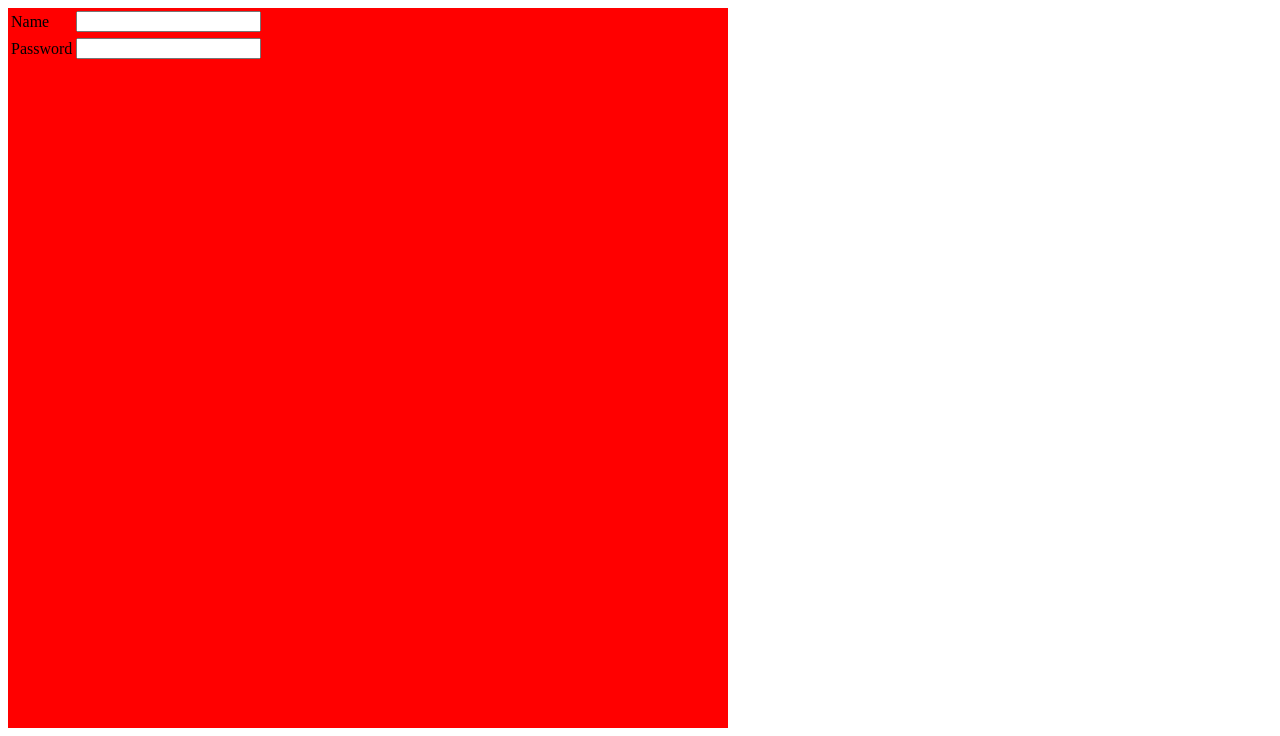
Repository: yash1sh/Java
Page: http://localhost/Servlet_Demo/
An editor plug-in stored every save of this project. The page is shown before and after the next save, followed by the edit.
The browser window is 1280 px wide. The pictures show the whole page.
The page is served by Tomcat 9. Other server files are loaded and not shown.

Above is the page before, as saved 2022-05-14 09:39:09.

### Bootcmp/Servlet_Demo/src/main/webapp/index.html
<!DOCTYPE html>
<html>
<head>
<meta charset="ISO-8859-1">
<title>Insert title here</title>
<link rel="stylesheet" type="text/css" href="./indexcss.css">
</head>
<body>
	<section class="form" >
		<article>
			<form action="">
				<table>
					<tr> <td> <label>Name</label> </td>
						<td><input type="text" id="Name"></td>
					<tr>
					<tr>
						<td><label>Password</label></td>
						<td><input type="password" id="password"></td>
					</tr>
				</table>
			</form>
		</article>
	</section>





</body>
</html>

### Bootcmp/Servlet_Demo/src/main/webapp/indexcss.css

.form{
	background-color: red;
	width:100vh;
	height:100vh;
	color:black;
}

After the next save:
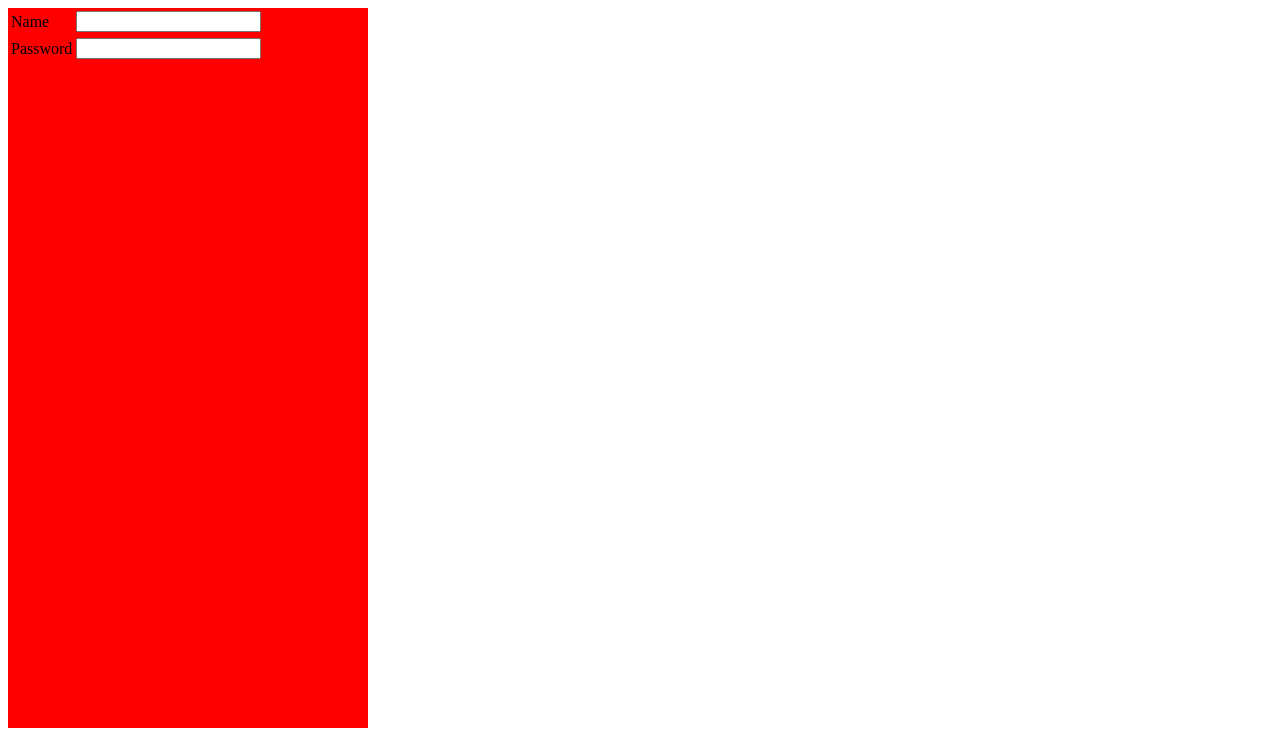
Saved 21 s later.
--- a/Bootcmp/Servlet_Demo/src/main/webapp/indexcss.css
+++ b/Bootcmp/Servlet_Demo/src/main/webapp/indexcss.css
@@ -1,7 +1,7 @@
 
 .form{
 	background-color: red;
-	width:100vh;
+	width:50vh;
 	height:100vh;
 	color:black;
 }
